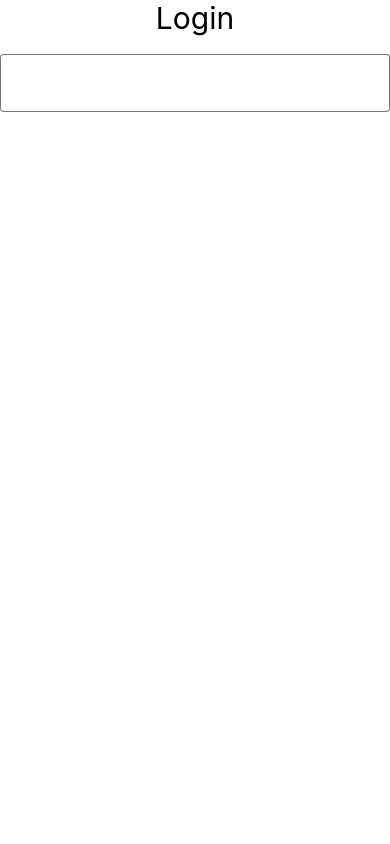
Repository: hatemdiwani/mobile-app
Screen: /
An editor plug-in stored every save of this project. The screen is shown before and after a run of saves, followed by the edit.
The app was drawn by React Native's web renderer in a window 390 px wide. The project was rebuilt for these pictures with package versions that can differ from the ones it lists, and the page was loaded fresh each time. Also part of the build but not shown: src/navigation/Home.js.

Above is the screen before, as saved 2022-10-04 14:10:32.

### App.js
/**
 * Sample React Native App
 * https://github.com/facebook/react-native
 *
 * @format
 * @flow strict-local
 */

import React from 'react';
import { Provider } from 'react-redux';
import { Provider as PaperProvider } from 'react-native-paper'
import Main from './src/navigation/Main';
import { store } from './src/redux/app/store';
import { theme } from './src/core/theme';

const App = () => {
  return (
    <Provider store={store}>
      <PaperProvider theme={theme}  >
        <Main />
      </PaperProvider>
    </Provider>
  );
};


export default App;

### src/navigation/Main.js
import React from 'react'
import { useSelector } from 'react-redux'
import Home from './Home'
import Auth from './Auth'
import { View } from 'react-native'
const Main = () => {

    const { token } = useSelector(state => state.auth)

    return (
        <View >
            {
                token
                    ?
                    <Home />
                    :
                    <Auth />
            }
        </View>
    )
}

export default Main

### src/redux/app/store.js
import { configureStore } from '@reduxjs/toolkit';
import authReducer from '../features/authSlice'

export const store = configureStore({
  reducer: {
   auth : authReducer
  }
});

### src/core/theme.js
import { DefaultTheme } from 'react-native-paper'

export const theme = {
  ...DefaultTheme,
  colors: {
    ...DefaultTheme.colors,
    text: '#000000',
    primary: '#560CCE',
    secondary: '#414757',
    error: '#f13a59',
  },
}

### src/navigation/Auth.js
import React from 'react'
import Login from '../screens/auth/Login'

const Auth = () => {
    return (
        <>
            <Login />
        </>
    )
}

export default Auth

### src/redux/features/authSlice.js
import { createSlice } from "@reduxjs/toolkit"

const authSlice = createSlice({
  name: "auth",
  initialState: {
    token: null
  },
  reducers: {
    setToken : (state ,action) => {
        state.token = action.payload.token
    }
  }
})

export const { setToken } = authSlice.actions

export default authSlice.reducer

### src/screens/auth/Login.js
import React, { useState } from 'react'
import { Text, View, StyleSheet } from 'react-native'
import Input from '../../components/general/Input'
const Login = () => {

    const [username, setusername] = useState('')
    const [password, setpassword] = useState('')

    return (
        <View style={styles.loginScreen} >
            <Text style={styles.title} >Login</Text>
            <Input />
        </View>
    )
}

const styles = StyleSheet.create({
    loginScreen: {
        display: 'flex',
        justifyContent: 'center',
        alignItems: 'center',
        width: '100%',
        height: '100%'
    },
    title: {
        color: 'black',
        textAlign: 'center',
        fontSize: 30
    }
})

export default Login

### src/components/general/Input.js
import React from 'react'
import { View, StyleSheet, Text } from 'react-native'
import { TextInput as Input } from 'react-native-paper'
import { theme } from '../../core/theme'

export default function TextInput({ errorText, description, ...props }) {
  return (
    <View style={styles.container}>
      <Input
        style={styles.input}
        selectionColor={theme.colors.primary}
        underlineColor="transparent"
        mode="outlined"
        {...props}
      />
      {description && !errorText ? (
        <Text style={styles.description}>{description}</Text>
      ) : null}
      {errorText ? <Text style={styles.error}>{errorText}</Text> : null}
    </View>
  )
}

const styles = StyleSheet.create({
  container: {
    width: '100%',
    marginVertical: 12,
  },
  input: {
    backgroundColor: theme.colors.surface,
  },
  description: {
    fontSize: 13,
    color: theme.colors.secondary,
    paddingTop: 8,
  },
  error: {
    fontSize: 13,
    color: theme.colors.error,
    paddingTop: 8,
  },
})

After the next 2 saves:
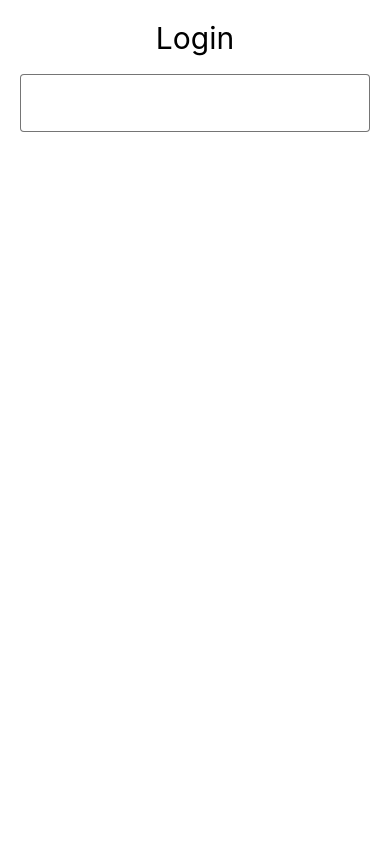
The 2 saves are shown as one change because they came seconds apart.
The last was saved 26 s later.
--- a/src/screens/auth/Login.js
+++ b/src/screens/auth/Login.js
@@ -20,7 +20,8 @@ const styles = StyleSheet.create({
         justifyContent: 'center',
         alignItems: 'center',
         width: '100%',
-        height: '100%'
+        height: '100%',
+        padding: 20
     },
     title: {
         color: 'black',
